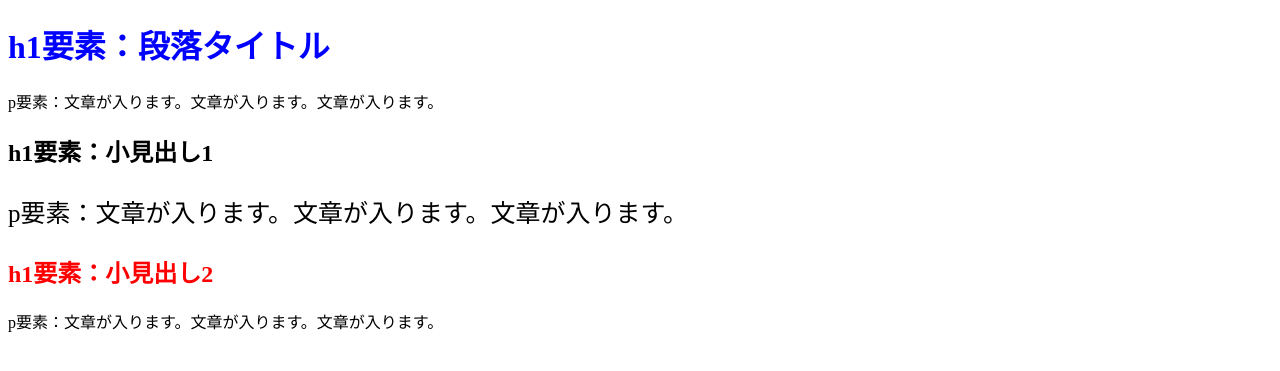
Repository: KENRYU-96645/samurai_HTML-CSS
Page: index.html
The author's editor kept a record of every edit. The page is drawn from the files as they stood at one moment, then again after the next edit.
The browser window is 1280 px wide. The pictures show the whole page.

Above is the page before.

### index.html
<!DOCTYPE html>
<html lang="ja">
<head>
  <meta charset="UTF-8">
  <title>HTML/CSSの学習</title>
  <style>
    #red {
      color: red;
    }
    .blue {
      color: blue;
    }
  </style>
</head>
<body>
  <h1 class="blue">h1要素：段落タイトル</h1>
  <p>p要素：文章が入ります。文章が入ります。文章が入ります。</p>
   <h2>h1要素：小見出し1</h2>
  <p style="font-size: 25px;">p要素：文章が入ります。文章が入ります。文章が入ります。</p>
   <h2 id="red">h1要素：小見出し2</h2>
  <p style="fontweight: bold;">p要素：文章が入ります。文章が入ります。文章が入ります。</p>
</body>
</html>

After the next edit:
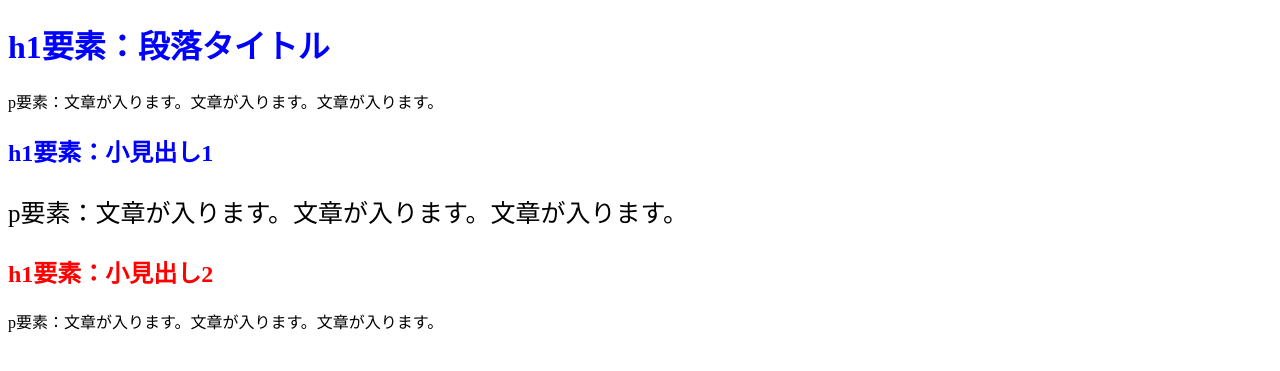
The edit:
--- a/index.html
+++ b/index.html
@@ -15,7 +15,7 @@
 <body>
   <h1 class="blue">h1要素：段落タイトル</h1>
   <p>p要素：文章が入ります。文章が入ります。文章が入ります。</p>
-   <h2>h1要素：小見出し1</h2>
+   <h2 class="blue">h1要素：小見出し1</h2>
   <p style="font-size: 25px;">p要素：文章が入ります。文章が入ります。文章が入ります。</p>
    <h2 id="red">h1要素：小見出し2</h2>
   <p style="fontweight: bold;">p要素：文章が入ります。文章が入ります。文章が入ります。</p>
